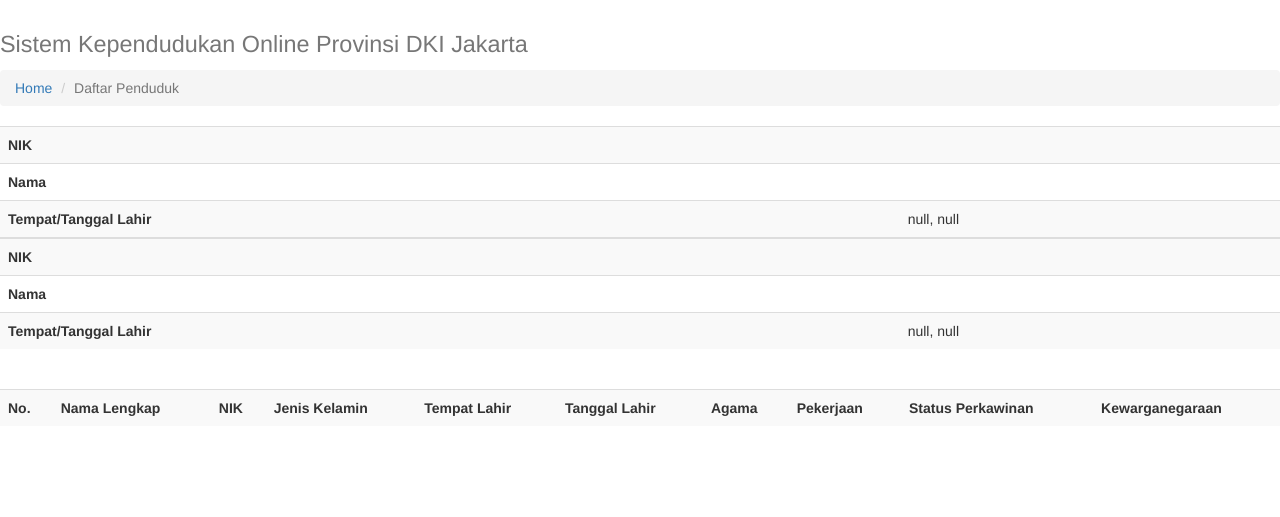
Repository: apap-2017/tugas1_1406544135
Page: http://localhost/list-penduduk
The author's editor kept a copy of each file at every save. The page is drawn from the files as they stood at one save, then again after the next save.
The browser window is 1280 px wide. The pictures show the whole page.
The page is this project's Thymeleaf template; nobody is signed in. The template is opened directly, without the code that normally fills it, so the values that code supplies are empty.

Above is the page before, as saved 2017-10-20 05:39:40.

### Tugas1_1406544135/src/main/resources/templates/list-penduduk.html
<!DOCTYPE html>
<html xmlns:th="http://www.thymeleaf.org">
   <head>
      <title>Siduk DKI</title>
        <link href="../../static/css/bootstrap.min.css" rel="stylesheet" th:href="@{/css/bootstrap.min.css}" />
    </head>

    <body>
	    <section class="content-header">
			<h1>
				<small>Sistem Kependudukan Online Provinsi DKI Jakarta</small>
			</h1>
			<ol class="breadcrumb">
				<li><a th:href="@{/}">Home</a></li>
				<li class="active">Daftar Penduduk</li>
			</ol>
		</section>

		<table class="table table-striped">
			<tbody>
				<tr>
			   		<td><strong>NIK</strong></td>
				    <td th:text="${pendudukTertua.nik} "></td>
				 </tr>

				 <tr>
			   		<td><strong>Nama</strong></td>
					<td th:text="${pendudukTertua.nama} "></td>
				 </tr>

				<tr>
			   		<td><strong>Tempat/Tanggal Lahir</strong></td>
					<td th:text="${pendudukTertua.tempat_lahir} +', ' + ${pendudukTertua.tanggal_lahir} "></td>
				 </tr>
			</tbody>

				<tbody>
				<tr>
			   		<td><strong>NIK</strong></td>
				    <td th:text="${pendudukTermuda.nik} "></td>
				 </tr>

				 <tr>
			   		<td><strong>Nama</strong></td>
					<td th:text="${pendudukTermuda.nama} "></td>
				 </tr>

				<tr>
			   		<td><strong>Tempat/Tanggal Lahir</strong></td>
					<td th:text="${pendudukTermuda.tempat_lahir} +', ' + ${pendudukTermuda.tanggal_lahir} "></td>
				 </tr>
			</tbody>
		</table>

		<table class="table table-striped">

		</table>

		<table class="table table-striped">
				<tbody>
						<tr>
							<td><strong>No.</strong></td>
							<td><strong>Nama Lengkap</strong></td>
							<td><strong>NIK</strong></td>
							<td><strong>Jenis Kelamin</strong></td>
							<td><strong>Tempat Lahir</strong></td>
							<td><strong>Tanggal Lahir</strong></td>
							<td><strong> Agama </strong></td>
							<td><strong> Pekerjaan </strong></td>
							<td><strong> Status Perkawinan </strong></td>
							<td><strong> Kewarganegaraan </strong></td>
						</tr>
					<div th:each="detailAnggota, iterationStatus: ${listPenduduk}">
						<tr>
							<td th:text="${iterationStatus.count}"></td>
							<td th:text="${detailAnggota.nama}"></td>
							<td th:text="${detailAnggota.nik}"></td>
							<td th:text="${detailAnggota.jenis_kelamin}"></td>
							<td th:text="${detailAnggota.tempat_lahir}"></td>
							<td th:text="${detailAnggota.tanggal_lahir}"></td>
							<td th:text="${detailAnggota.agama}"></td>
							<td th:text="${detailAnggota.pekerjaan}"></td>
							<td th:text="${detailAnggota.status_perkawinan}"></td>
							<td th:text="${detailAnggota.is_wni}"></td>
						</tr>
					</div>
				</tbody>
		</table>
    </body>
</html>

Loaded but not shown: Tugas1_1406544135/src/main/resources/static/css/bootstrap.min.css (library)

After the next save:
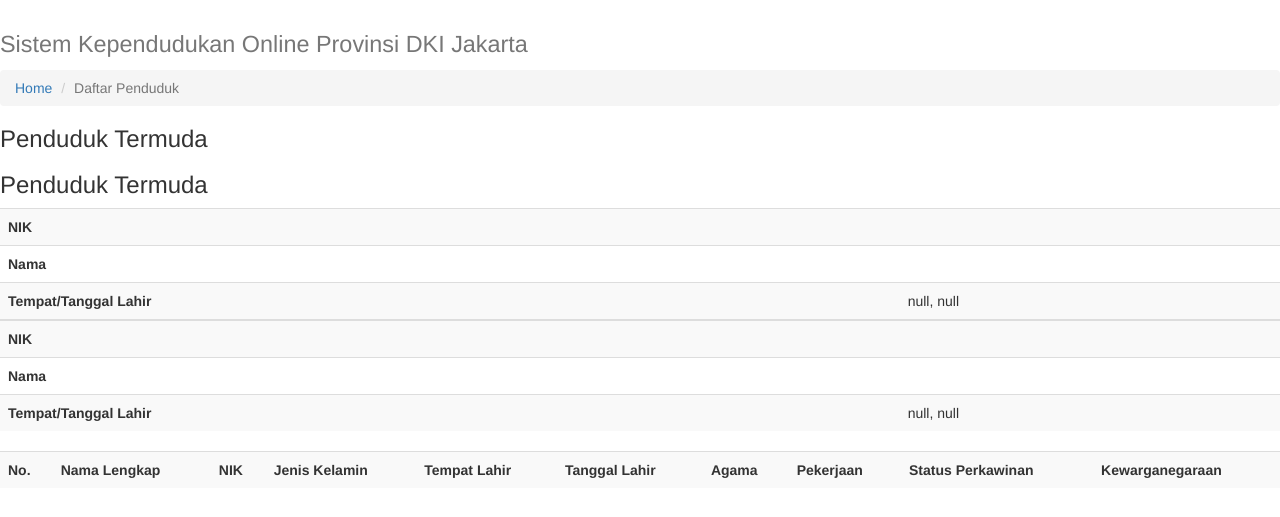
Saved 5 min 21 s later.
--- a/Tugas1_1406544135/src/main/resources/templates/list-penduduk.html
+++ b/Tugas1_1406544135/src/main/resources/templates/list-penduduk.html
@@ -18,6 +18,7 @@
 
 		<table class="table table-striped">
 			<tbody>
+				<h3>Penduduk Termuda</h3>
 				<tr>
 			   		<td><strong>NIK</strong></td>
 				    <td th:text="${pendudukTertua.nik} "></td>
@@ -34,7 +35,8 @@
 				 </tr>
 			</tbody>
 
-				<tbody>
+			<tbody>
+			 	<h3>Penduduk Termuda</h3>
 				<tr>
 			   		<td><strong>NIK</strong></td>
 				    <td th:text="${pendudukTermuda.nik} "></td>
@@ -50,10 +52,6 @@
 					<td th:text="${pendudukTermuda.tempat_lahir} +', ' + ${pendudukTermuda.tanggal_lahir} "></td>
 				 </tr>
 			</tbody>
-		</table>
-
-		<table class="table table-striped">
-
 		</table>
 
 		<table class="table table-striped">
